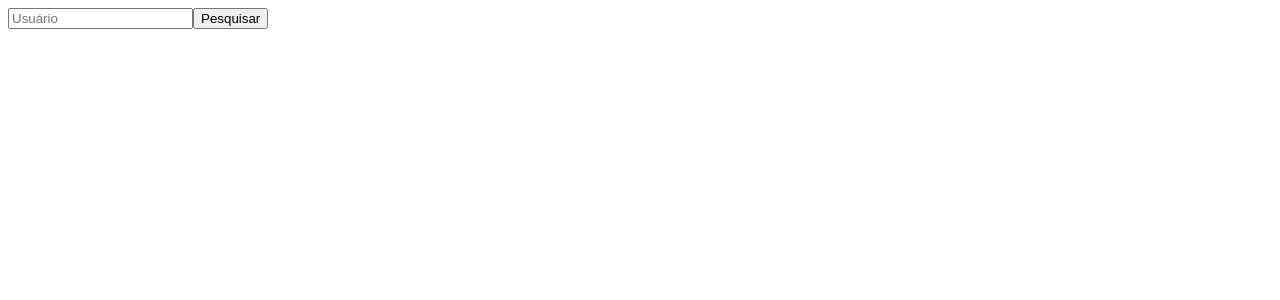
Repository: PauloMarquess/Solicita-o-repositorios-github
Page: /
The author's editor kept a copy of each file at every save. The page is drawn from the files as they stood at one save, then again after the next save.
The browser window is 1280 px wide. The pictures show the whole page.
The project was rebuilt for these pictures with package versions that can differ from the ones it lists, and the page was loaded fresh each time.

Above is the page before, as saved 2021-07-20 18:29:26.

After the next save:
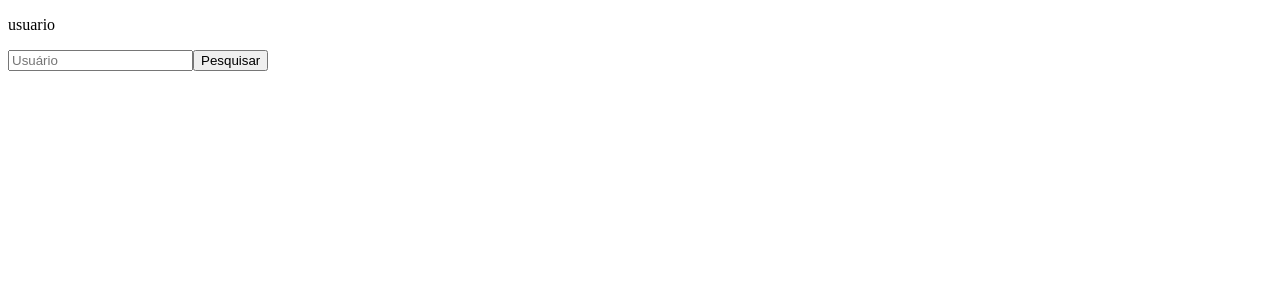
Saved 11 s later.
--- a/src/App.js
+++ b/src/App.js
@@ -4,7 +4,7 @@ function App(props) {
   const [ usuario , setUsuario] = useState('');
 
   return (
-    <>
+    <>  <p>usuario</p>
        <input className ="usuarioInput" placeholder='Usuário' onChange={e =>setUsuario(e.target.value)} />
        <button type="button">Pesquisar</button>
     </>
